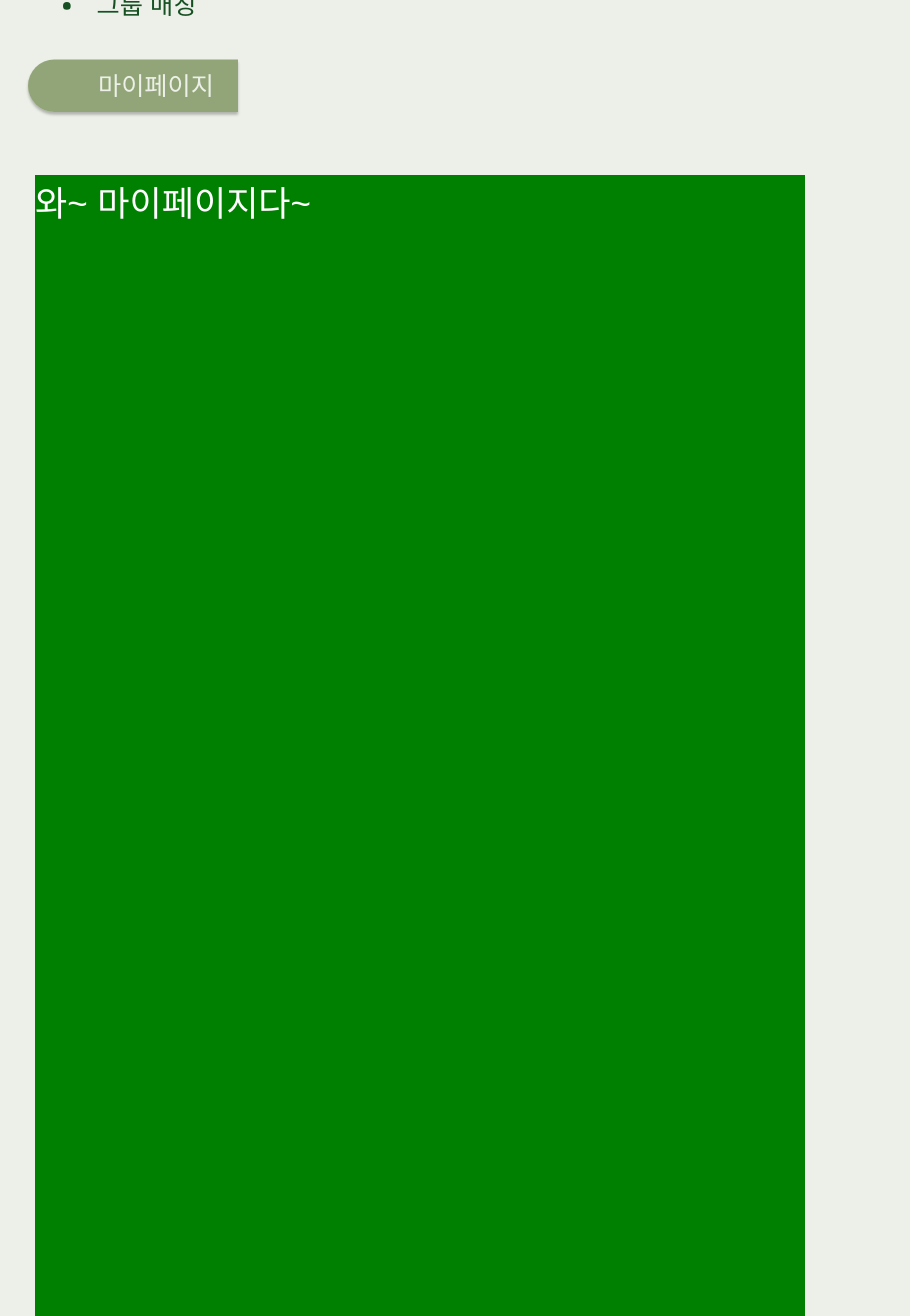
Repository: mealLog-databaseProgramming/MealLog
Page: http://localhost/meal-log/
The author's editor kept a copy of each file at every save. The page is drawn from the files as they stood at one save, then again after the next save.
The browser window is 1280 px wide. The page is 1300 px wide, so the pictures cover 1300 px, including what lies to the right of the window. The pictures show the part of the page from y = 380 to 2260 px (the page is 2680 px tall), at 70% of full size.
Some icons come from a web library that is not loaded, so they are not drawn. Some web fonts or font styles are not loaded; a fallback is used. The page is served by Tomcat 9.

Above is the page before, as saved 2022-09-29 16:20:59.

### meal-log/src/main/webapp/index.jsp
<%@ page language="java" contentType="text/html; charset=UTF-8"
    pageEncoding="UTF-8"%>
<!DOCTYPE html>
<html>
<head>
<meta charset="UTF-8">
<title>meal:log</title>
<link rel="stylesheet" href="resources/css/index.css"/>
	<script src="https://code.iconify.design/iconify-icon/1.0.0/iconify-icon.min.js"></script>
	<link rel="apple-touch-icon" sizes="57x57" href="resources/favicon/apple-icon-57x57.png">
	<link rel="apple-touch-icon" sizes="60x60" href="resources/favicon//apple-icon-60x60.png">
	<link rel="apple-touch-icon" sizes="72x72" href="resources/favicon//apple-icon-72x72.png">
	<link rel="apple-touch-icon" sizes="76x76" href="resources/favicon//apple-icon-76x76.png">
	<link rel="apple-touch-icon" sizes="114x114" href="resources/favicon//apple-icon-114x114.png">
	<link rel="apple-touch-icon" sizes="120x120" href="resources/favicon//apple-icon-120x120.png">
	<link rel="apple-touch-icon" sizes="144x144" href="resources/favicon//apple-icon-144x144.png">
	<link rel="apple-touch-icon" sizes="152x152" href="resources/favicon//apple-icon-152x152.png">
	<link rel="apple-touch-icon" sizes="180x180" href="resources/favicon//apple-icon-180x180.png">
	<link rel="icon" type="image/png" sizes="192x192"  href="resources/favicon//android-icon-192x192.png">
	<link rel="icon" type="image/png" sizes="32x32" href="resources/favicon//favicon-32x32.png">
	<link rel="icon" type="image/png" sizes="96x96" href="resources/favicon//favicon-96x96.png">
	<link rel="icon" type="image/png" sizes="16x16" href="resources/favicon//favicon-16x16.png">
	<link rel="manifest" href="resources/favicon//manifest.json">
	<meta name="msapplication-TileColor" content="#ffffff">
	<meta name="msapplication-TileImage" content="resources/favicon//ms-icon-144x144.png">
	<meta name="theme-color" content="#ffffff">
</head>
<body>
	<div class='Header'>
		<div class='title'>
			<div class='yolk'></div>
			<iconify-icon icon="fluent:food-egg-24-regular"></iconify-icon>
			Meal:<span>Log</span>
		</div>
		<div class='greet'>
			<iconify-icon icon="healthicons:ui-user-profile"></iconify-icon>
			박솜솜님, 식사 맛있게 하셨나요? 식단을 그룹원들에게 공유해보세요
			<div class='logout'>
				<iconify-icon icon="icon-park:logout"></iconify-icon>
				로그아웃
			</div>
		</div>

	</div>
	<div class='Nav'>
		<ul>
			<li>피드</li>
			<li>식단 추천</li>
			<li>그룹 매칭</li>
			<li><span>마이페이지</span></li>
		</ul>
	</div>
	<div class='Content'>
		<jsp:include page="/WEB-INF/mypage/mypage.jsp"/> <!-- 알갱이 만든걸 여기 경로 넣어서 적용 -->
	</div>
</body>
</html>

### meal-log/src/main/webapp/WEB-INF/mypage/mypage.jsp
<%@ page language="java" contentType="text/html; charset=UTF-8"
    pageEncoding="UTF-8"%>

<style>
	.wrap {
		width: 1100px;  /* 고정 */

		/* 디버그 */
		height: 2000px;
		background: green;

		color: white; font-size: 50px;
	}
</style>

<div class="wrap">
	와~ 마이페이지다~
</div>

### meal-log/src/main/webapp/resources/css/index.css
@charset "UTF-8";
@import url('https://fonts.googleapis.com/css2?family=Jua&family=Nanum+Gothic:wght@400;700;800&display=swap');

* {
	font-family: 'Nanum Gothic', sans-serif;
	font-weight: 400;

	padding: 0;
	margin: 0;
}
body {
	-webkit-user-select:none;
	-moz-user-select:none;
	-ms-user-select:none;
	user-select:none;

	overflow-x: hidden;

	background: #ECF0E8;
}

.Header {
	width: 100vw; height: 80px;

	background: #FFFFFF;
	box-shadow: 0px 2px 5px rgba(0, 0, 0, 0.25);

	font-size: 18px;
	color: #175023;

	display: flex;
	align-items: center;
	justify-content: space-between;

	z-index: 10;
}
.Header>div, .Header .logout {
	display: flex;
	align-items: center;
}
.Header>div:first-child{ margin-left: 30px; }
.Header>div:last-child{ margin-right: 30px; }

.Header iconify-icon {
	margin-right: 10px;
}

.Header .title, .Header .title span {
	font-family: 'Jua', sans-serif;
	font-size: 40px;
	color: #175023;
}
.Header .title span {
	color: #6BA32D;
}
.Header .title iconify-icon {
	font-size: 50px;
	z-index: 2;
}
.Header .title .yolk{
	width: 18px; height:18px;

	background: #FFC700;
	border-radius: 50%;

	position: absolute;
	transform: translate(17px, 0.7px);
}


.Header .greet {
	margin-right: 5vw;
}
.Header .greet iconify-icon {
	font-size: 40px;
}
.Header .logout {
	margin-left: 5vw;
}
.Header .logout iconify-icon {
	font-size: 25px;
	margin-right: 5px;
}
.Header .logout:hover {
	font-weight: 700;
}

@media screen and (max-width: 1000px) {
	.Header .greet {
		color: #FFFFFF;
		font-size: 0px;
	}
	.Header .logout {
		color: #175023;
		font-size: 18px;
	}
	.Header > div {
		margin-left: 3vw; margin-right: 5vw;
	}
}


.Nav {
	display: inline-block;
	list-style: inside;

	font-size: 36px;
	color: #175023;
}
 .Nav li span {
 	font-family: 'Jua', sans-serif;
 }
.Nav li{
	font-family: 'Jua', sans-serif;
	padding-left: 50px;
	line-height: 75px;

	margin: 40px;
	margin-right: 0px;
}

.Nav li:last-child {
	list-style: none;
	padding-left: 100px;

	color: #ECF0E8;

	background: rgba(59, 92, 10, 0.5);
	box-shadow: 0px 4px 4px 0px #00000040;
	width: 200px; height: 75px;

	border-top-left-radius: 50px;
	border-bottom-left-radius: 50px;
}

.Content {
	display: inline-block;
	width: 1200px;
	padding: 50px;
}

After the next save:
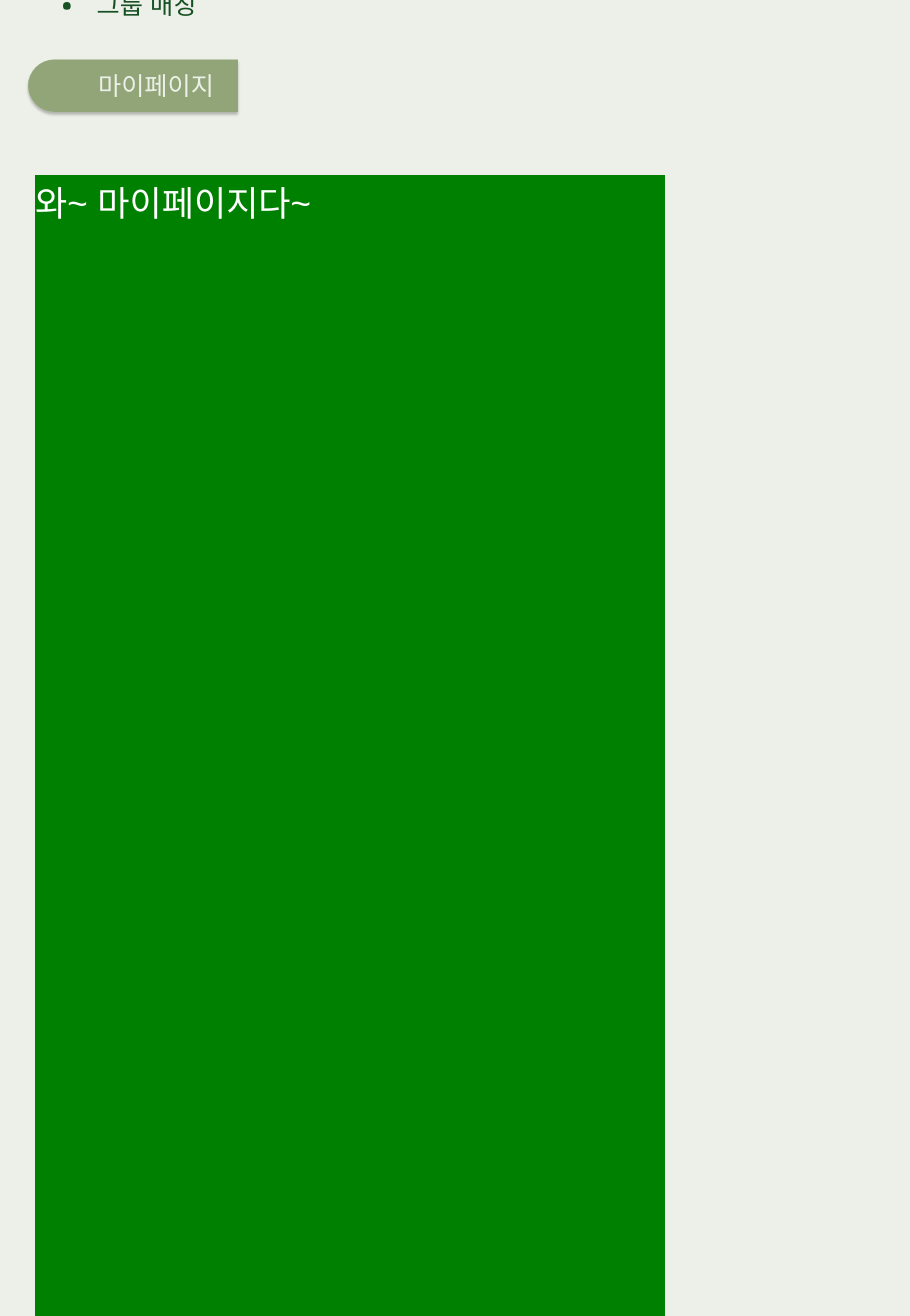
Saved 79 s later.
--- a/meal-log/src/main/webapp/WEB-INF/mypage/mypage.jsp
+++ b/meal-log/src/main/webapp/WEB-INF/mypage/mypage.jsp
@@ -3,7 +3,7 @@
 
 <style>
 	.wrap {
-		width: 1100px;  /* 고정 */
+		width: 900px;  /* 고정 */
 
 		/* 디버그 */
 		height: 2000px;
